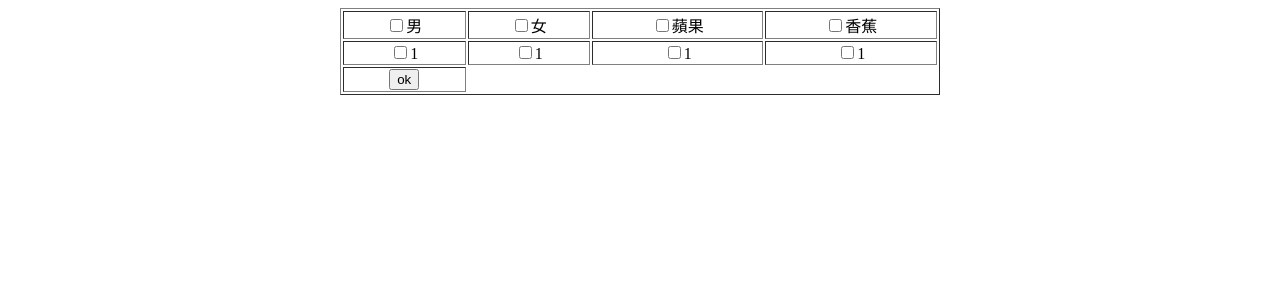
Repository: pride0420/portfolio
Page: Portfolio/1_springBoot/src/main/resources/static/textindex.html
The author's editor kept a copy of each file at every save. The page is drawn from the files as they stood at one save, then again after the next save.
The browser window is 1280 px wide. The pictures show the whole page.

Above is the page before, as saved 2023-11-26 05:24:20.

After the next save:
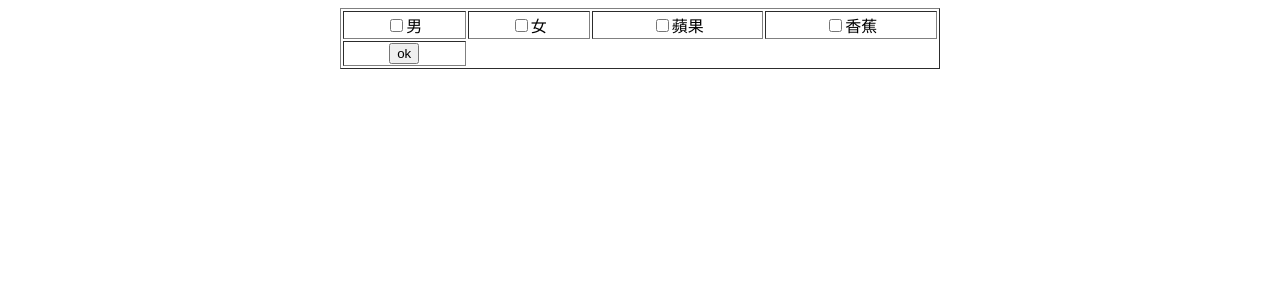
Saved 56 s later.
--- a/Portfolio/1_springBoot/src/main/resources/static/textindex.html
+++ b/Portfolio/1_springBoot/src/main/resources/static/textindex.html
@@ -12,11 +12,6 @@
 			<td><input type="checkbox" name="porder" value="girle">女
 			<td><input type="checkbox" name="porder" value="apple">蘋果
 			<td><input type="checkbox" name="porder" value="banana">香蕉
-		<tr align="center">
-			<td><input type="checkbox" name="munch" value="1">1
-			<td><input type="checkbox" name="munch" value="1">1
-			<td><input type="checkbox" name="munch" value="1">1
-			<td><input type="checkbox" name="munch" value="1">1
 
 
 		<tr align="center">
